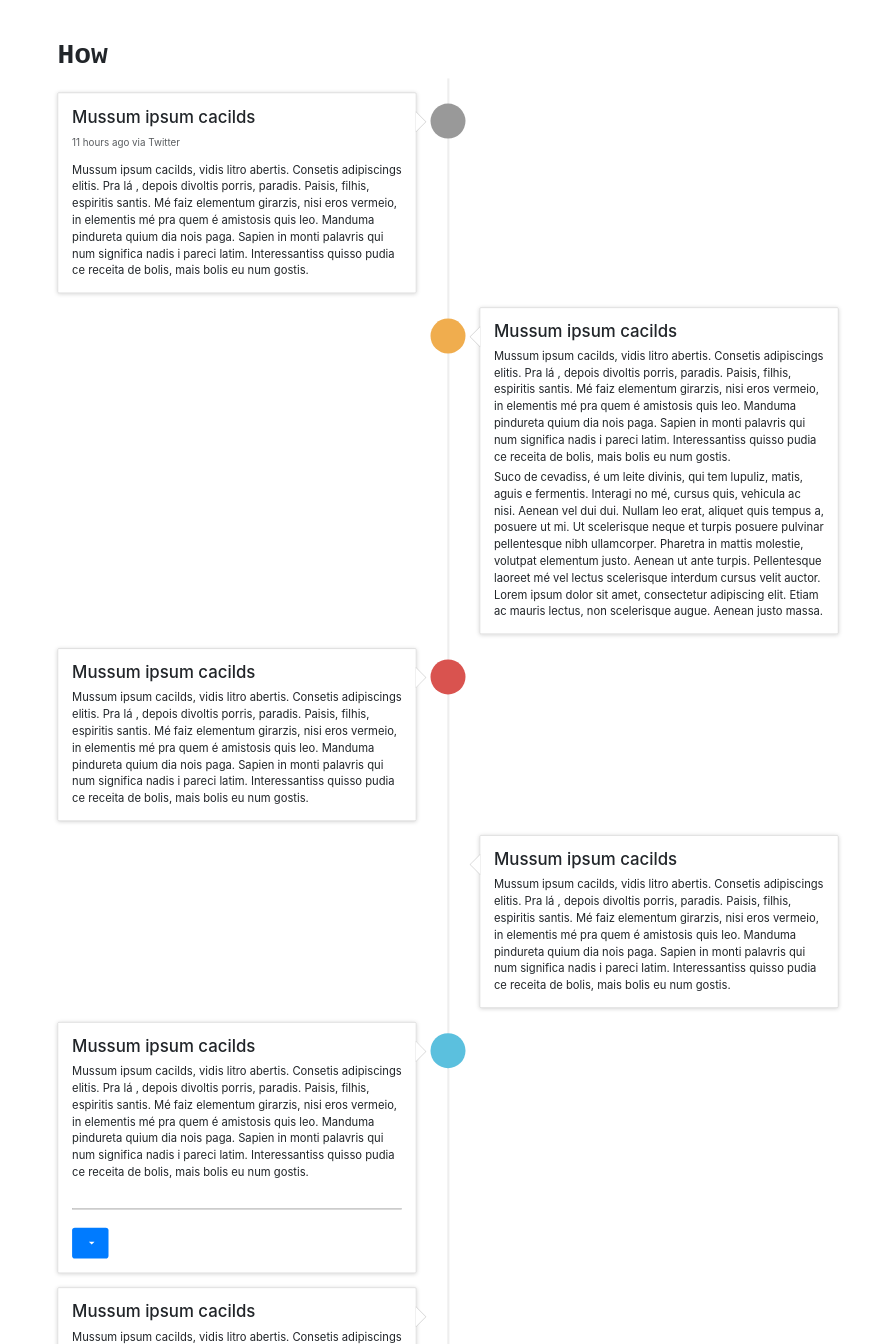
Repository: Tejaakshaykumar/MakeMyVita-Resume-Builder-Website
Page: / (app in frontend/)
An editor plug-in stored every save of this project. The page is shown before and after the next save, followed by the edit.
The browser window is 1280 px wide. The pictures show the part of the page from y = 0 to 1920 px (the page is 2609 px tall), at 70% of full size.
Some icons come from a web library that is not loaded, so they are not drawn. Some web fonts or font styles are not loaded; a fallback is used. Some web libraries are served in a nearby version. The project was rebuilt for these pictures with package versions that can differ from the ones it lists, and the page was loaded fresh each time. Also part of the build but not shown: frontend/src/App.css, frontend/src/containers/Navbar.js, frontend/src/containers/About.js, frontend/src/containers/Buildresume.js, frontend/src/containers/Images.js, frontend/src/containers/Features.js, frontend/src/containers/Review.js, frontend/src/containers/Trybox.js and 24 more.

Above is the page before, as saved 2024-06-16 23:21:43.

After the next save:
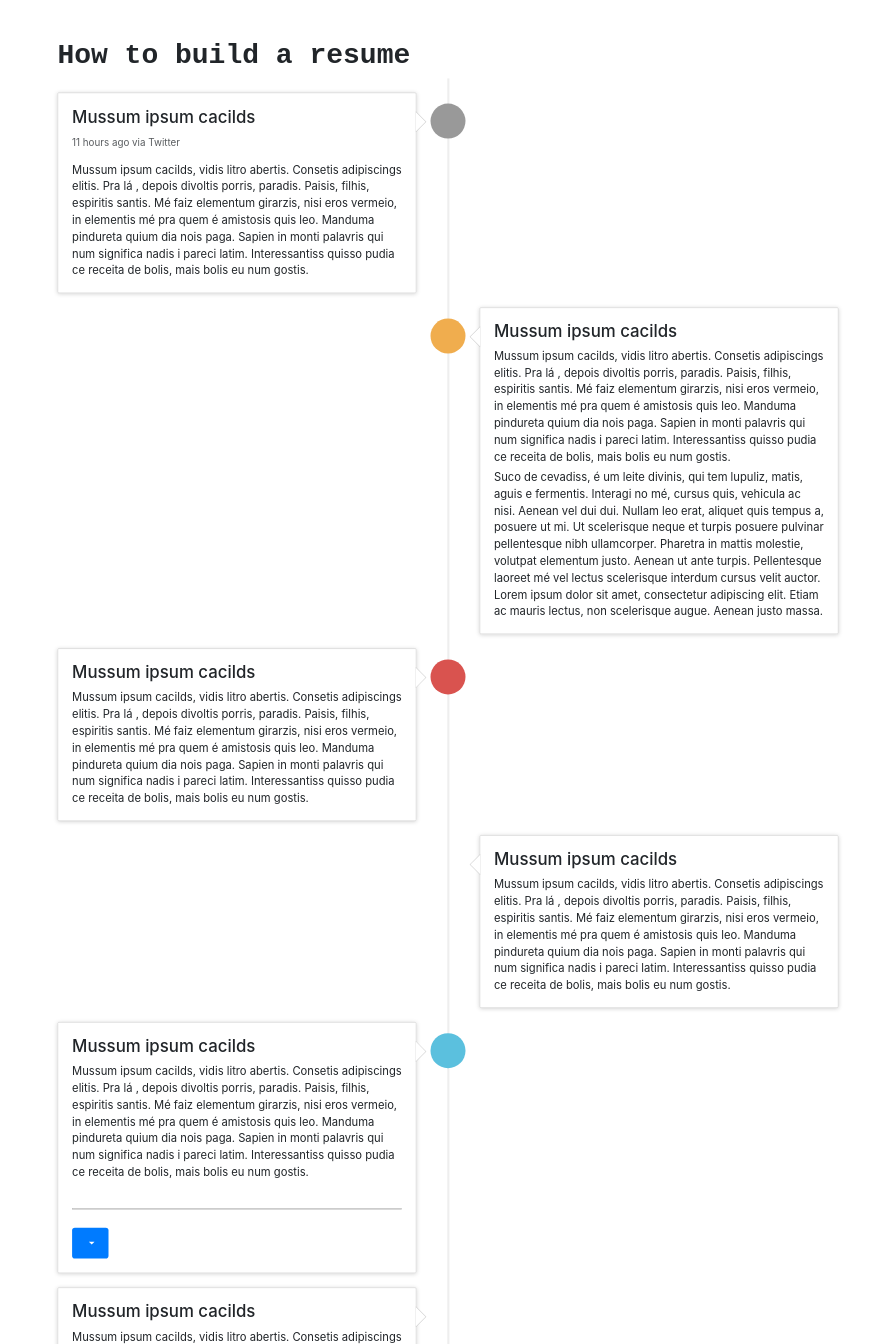
Saved 6 s later.
--- a/frontend/src/containers/Howitworks.js
+++ b/frontend/src/containers/Howitworks.js
@@ -4,7 +4,7 @@
     return (
         <div className="container">
         <div className="page-header">
-          <h1 id="timeline">How </h1>
+          <h1 id="timeline">How to build a resume</h1>
         </div>
         <ul className="timeline">
           <li>
